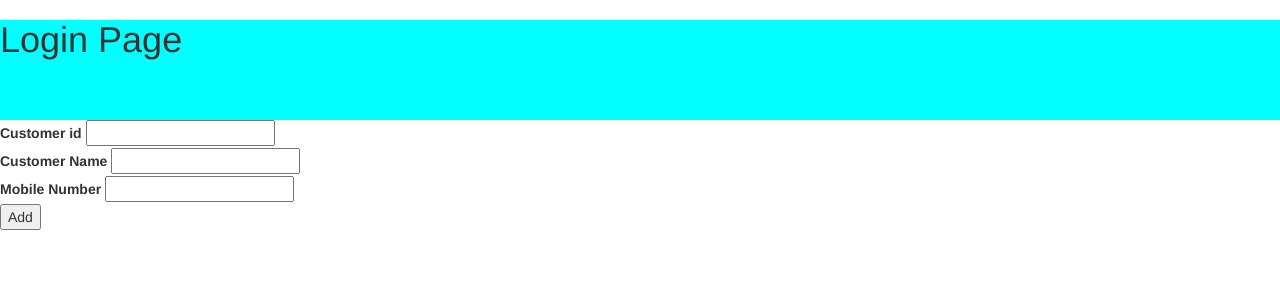
Repository: aishwarya-sankhla/JavaTraining
Page: http://localhost/JavaBeanExample/AddCutomer.jsp
An editor plug-in stored every save of this project. The page is shown before and after the next save, followed by the edit.
The browser window is 1280 px wide. The pictures show the whole page.
The page is served by Tomcat 9. Nobody is signed in. The application's start-up code is not run.

Above is the page before, as saved 2018-10-04 10:42:28.

After the next save:
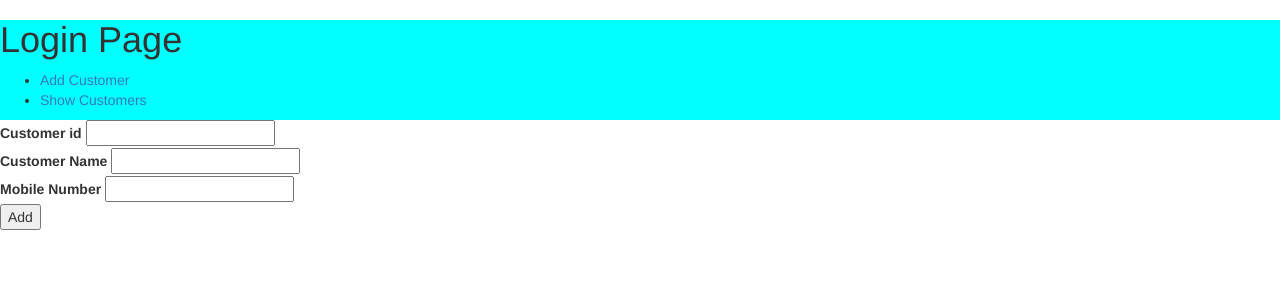
Saved 19 s later.
--- a/JavaBeanExample/WebContent/AddCutomer.jsp
+++ b/JavaBeanExample/WebContent/AddCutomer.jsp
@@ -15,9 +15,15 @@
 </style>
 </head>
 <body>
-<div class="head">
+<nav class="head">
+<div>
 		<h1>Login Page</h1>
 </div>
+	<ul>
+		<li><a href="AddCutomer.jsp">Add Customer</a></li>
+		<li><a href="ShowCustomers.jsp">Show Customers</a></li>
+	</ul>
+</nav>
 	<c:set value="${requestScope.status}" var="result"></c:set>
 	<span style="color: green"><c:out value="${result}"></c:out></span>
 	<form action="ProcessCustomer.jsp" method="post">
